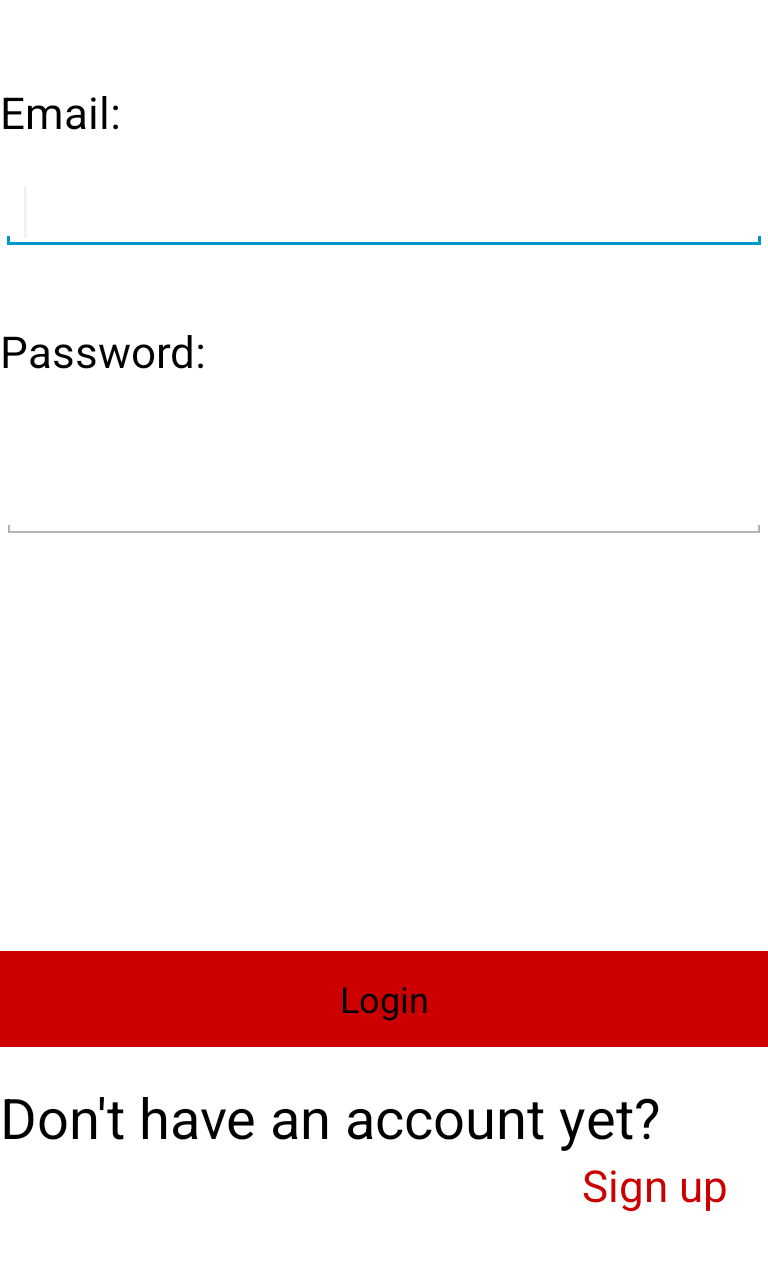
Repository: erwasambo/greendevelopment
Layout: GreenDevelopment/NASCuisine/res/layout/login.xml
These files come from the project's save history. The layout is drawn as it stood at one moment and after the next save; the edit follows.
It is drawn on a 768 x 1280 px phone screen (xhdpi) without system bars, with theme AppTheme; the app's code is not run.

Above is the layout before, as saved 2013-12-03 01:45:26.

After the next save:
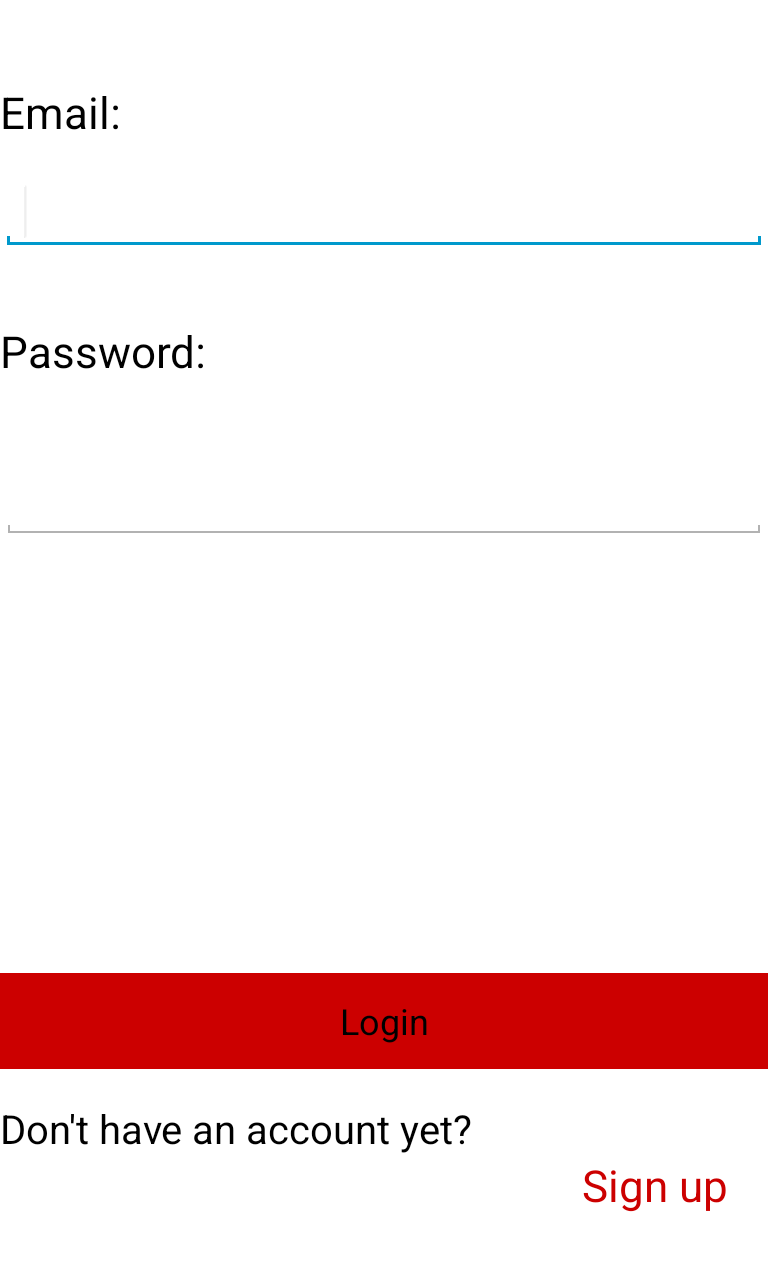
Saved 11 s later.
--- a/GreenDevelopment/NASCuisine/res/layout/login.xml
+++ b/GreenDevelopment/NASCuisine/res/layout/login.xml
@@ -65,7 +65,7 @@
         android:layout_above="@+id/tvLinkToRegisterScreen"
         android:layout_alignParentLeft="true"
         android:text="@string/donthaveacc"
-        android:textSize="28sp"
+        android:textSize="20sp"
         android:textAppearance="?android:attr/textAppearanceLarge" />
 
     <TextView
